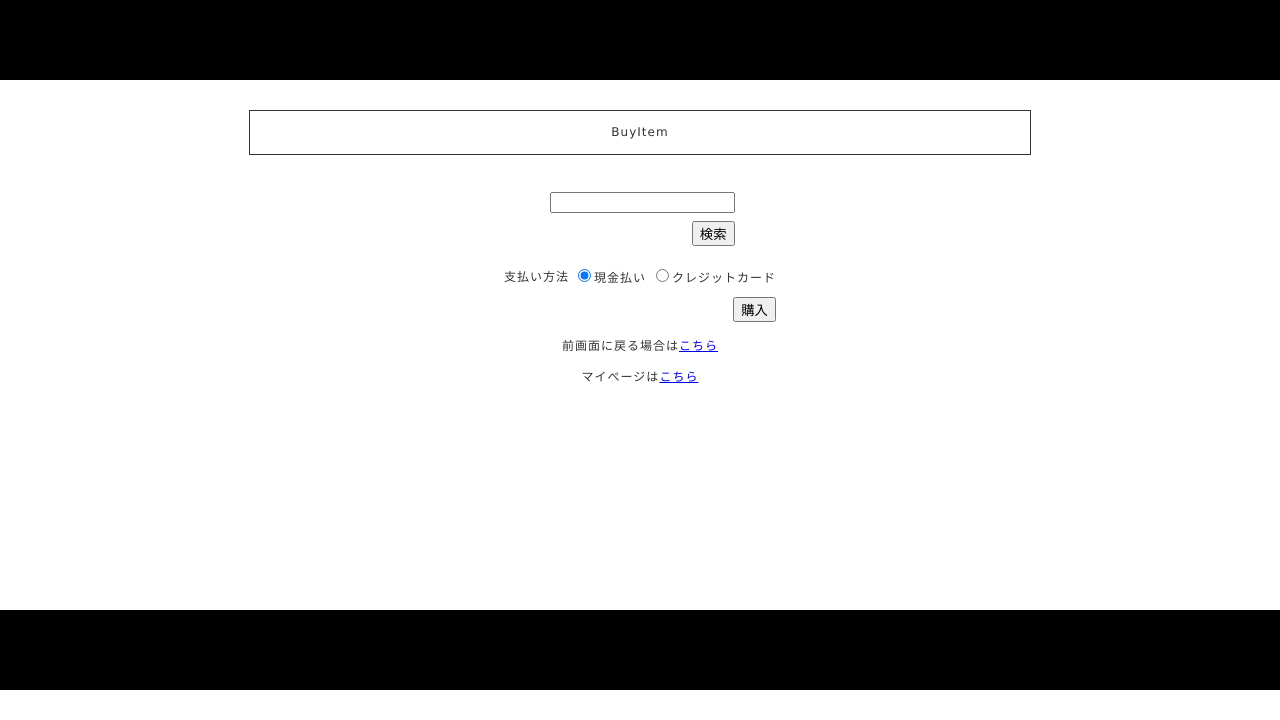
Repository: y321sudo/test2
Page: http://localhost/Yukazon/buyItem.jsp
These files come from the project's save history. The page is drawn as it stood at one moment and after the next save; the edit follows.
The browser window is 1280 px wide. The pictures show the whole page.
The page is served by Tomcat 9.

Above is the page before, as saved 2018-02-26 02:49:25.

After the next save:
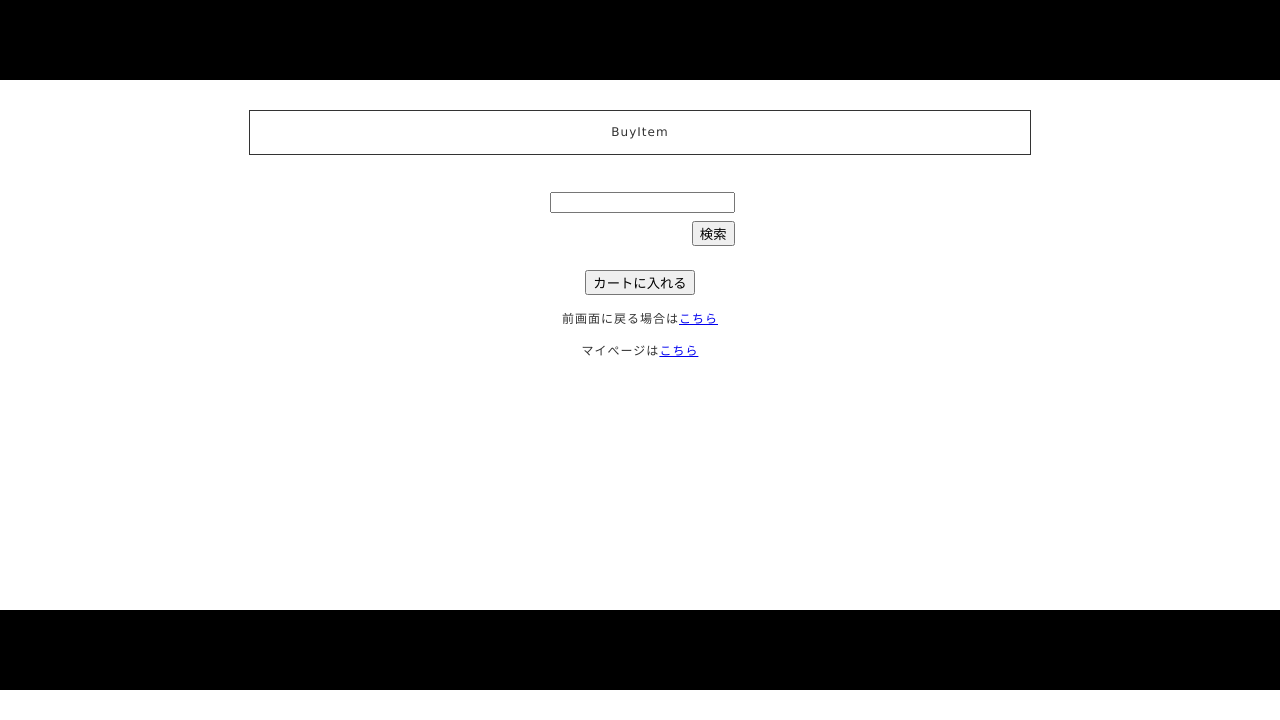
Saved 89 s later.
--- a/Yukazon/WebContent/buyItem.jsp
+++ b/Yukazon/WebContent/buyItem.jsp
@@ -139,20 +139,10 @@
 					</td>
 				</tr>
 				</s:iterator>
-				<tr>
-
-					<td>
-						<span>支払い方法</span>
-					</td>
-					<td>
-						<input type="radio" name="pay" value="1" checked="checked">現金払い
-						<input type="radio" name="pay" value="2">クレジットカード
-					</td>
-				</tr>
 
 				<tr>
 					<td>
-						<s:submit value="購入"/>
+						<s:submit value="カートに入れる"/>
 					</td>
 				</tr>
 
